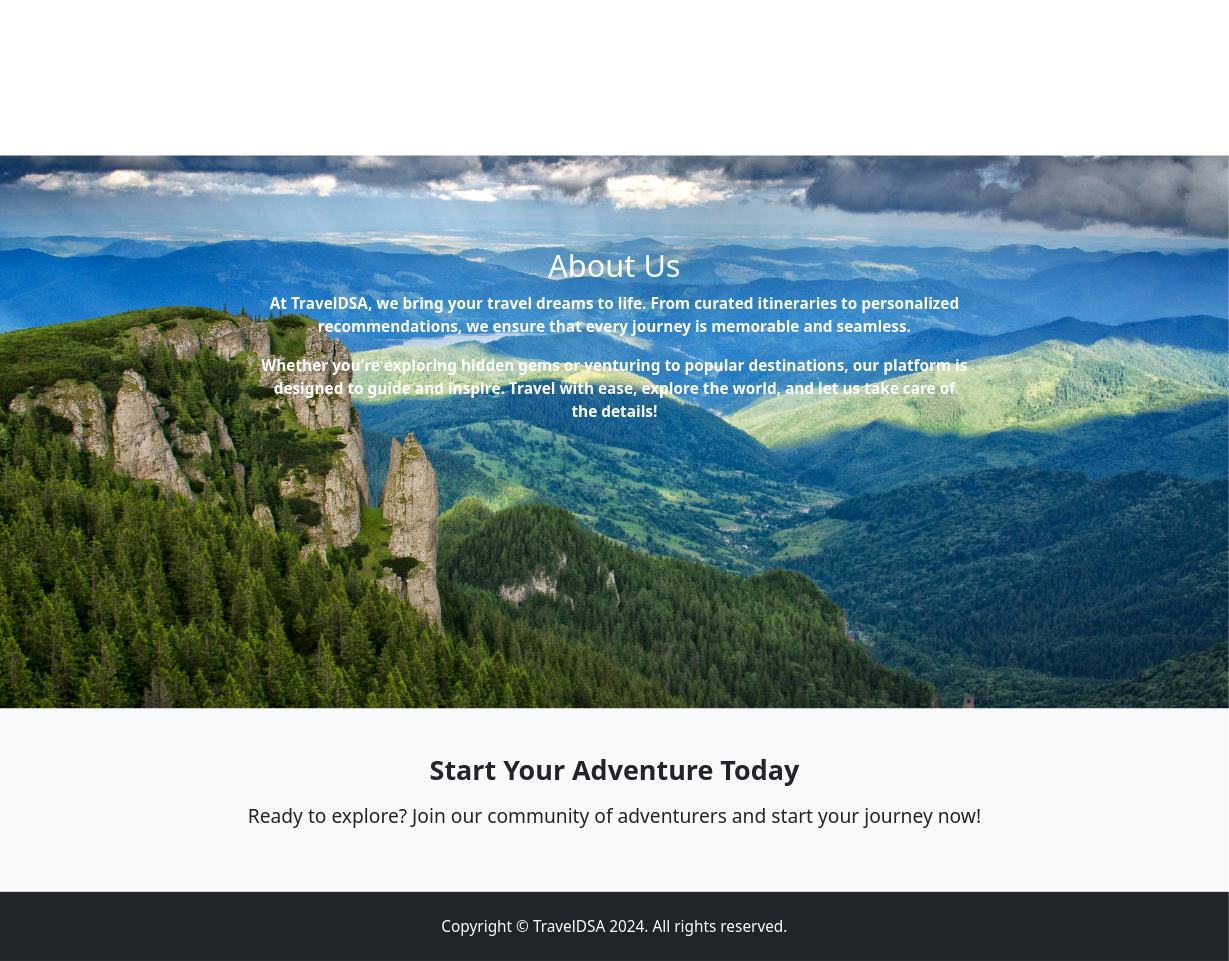
Repository: bettowww/TravelDSA
Page: /home
An editor plug-in stored every save of this project. The page is shown before and after the next save, followed by the edit.
The browser window is 1280 px wide. The pictures show the whole page, at 96% of full size.
The project was rebuilt for these pictures with package versions that can differ from the ones it lists, and the page was loaded fresh each time. The framework's server and built-in components were replaced by stand-ins that run in the browser. Also part of the build but not shown: next.config.mjs.

Above is the page before, as saved 2024-12-10 13:58:16.

### app/home/page.jsx
"use client";

// import React, { useState } from "react";
// import { useRouter } from "next/navigation";

import "../../styles/home.css"; // Importă stilurile CSS
import "bootstrap/dist/css/bootstrap.min.css"; // Import Bootstrap CSS

const HomePage = () => {
  // const router = useRouter(); // Pentru navigare

  return (
    <div>
      {/* Header Section */}
      <header>
        <div className="text-center my-5">

          <h1 className="text-white fs-3 fw-bolder">Welcome to TravelDSA</h1>
          <p className="text-white-50 mb-0">
            Your trusted travel companion for exploring the world.
          </p>
        </div>
      </header>

      {/* About Us Section */}
      <section
        className="py-5 about-us-section"
        style={{
          backgroundImage: `url("/pictures/homepage.jpg")`,
          backgroundSize: "cover",
          backgroundPosition: "center",
          backgroundRepeat: "no-repeat",
          color: "#fff",
          padding: "80px 20px", // Increase padding for larger content area
          minHeight: "80vh", // Ensure the section spans at least the full height of the viewport
        }}
      >
        <div className="container my-5">
          <div className="row justify-content-center">
            <div className="col-lg-8 text-center">
              <h2 className="">About Us</h2>
              <p className="fw-bold">
                At TravelDSA, we bring your travel dreams to life. From curated
                itineraries to personalized recommendations, we ensure that
                every journey is memorable and seamless.
              </p>
              <p className="fw-bold">
                Whether you're exploring hidden gems or venturing to popular
                destinations, our platform is designed to guide and inspire.
                Travel with ease, explore the world, and let us take care of the
                details!
              </p>
            </div>
          </div>
        </div>
      </section>


      {/* Call to Action Section */}
      <section className="py-5 bg-light">
        <div className="container text-center">
          <h3 className="fw-bold mb-3">Start Your Adventure Today</h3>
          <p className="lead">
            Ready to explore? Join our community of adventurers and start your
            journey now!
          </p>
        </div>
      </section>

      {/* Footer */}
      <footer className="py-4 bg-dark">
        <div className="container">
          <p className="m-0 text-center text-white">
            Copyright &copy; TravelDSA 2024. All rights reserved.
          </p>
        </div>
      </footer>
    </div>
  );
};

export default HomePage;

Loaded but not shown: styles/home.css (library)

After the next save:
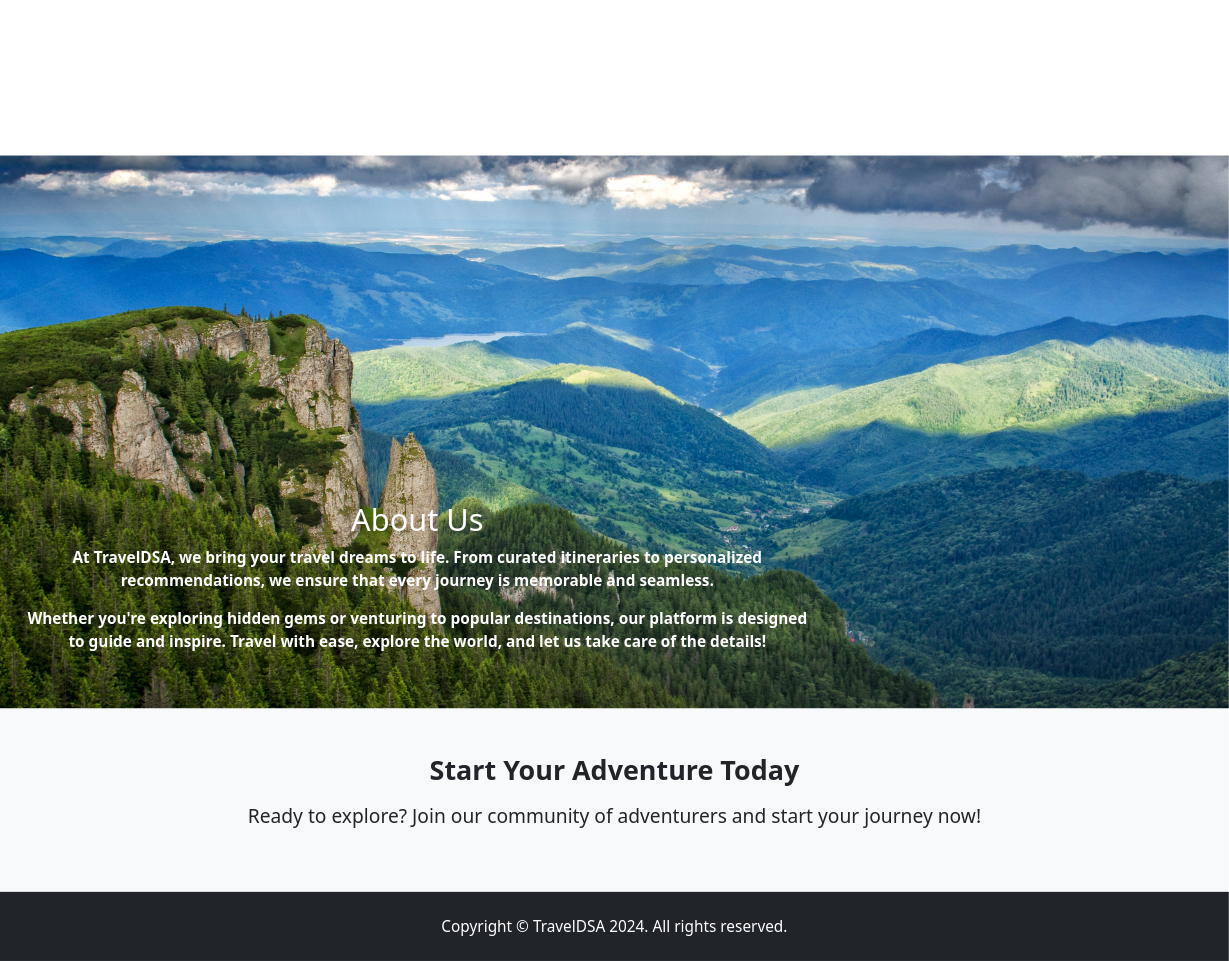
Saved 72 s later.
--- a/app/home/page.jsx
+++ b/app/home/page.jsx
@@ -36,7 +36,7 @@ const HomePage = () => {
         }}
       >
         <div className="container my-5">
-          <div className="row justify-content-center">
+          <div className="position-absolute bottom-0 end-0 p-4">
             <div className="col-lg-8 text-center">
               <h2 className="">About Us</h2>
               <p className="fw-bold">
